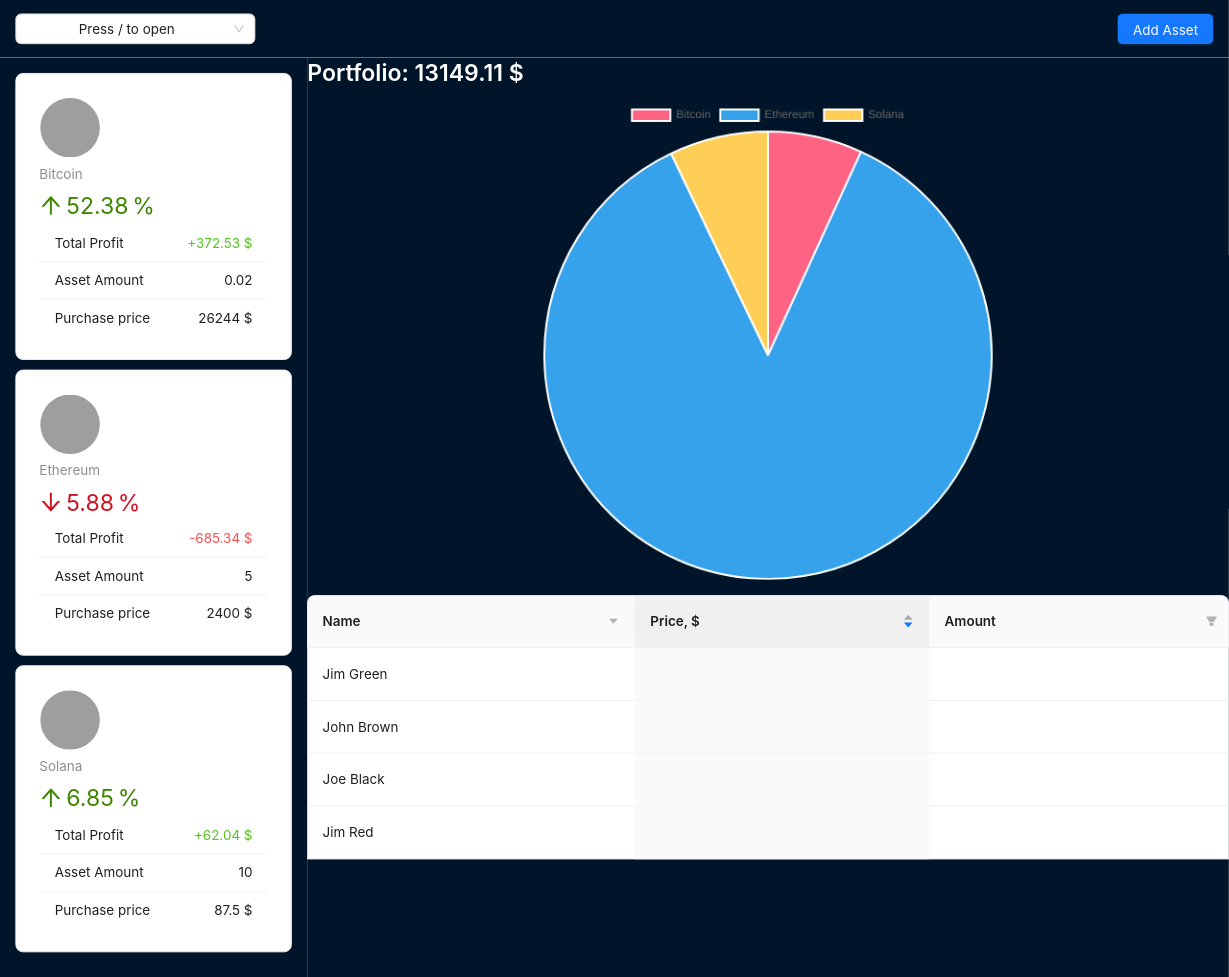
Repository: Vadia23/React-Crypto-App
Page: /
An editor plug-in stored every save of this project. The page is shown before and after the next save, followed by the edit.
The browser window is 1280 px wide. The pictures show the whole page, at 96% of full size.
Pictures or frames that could not be fetched are drawn as grey boxes. The project was rebuilt for these pictures with package versions that can differ from the ones it lists, and the page was loaded fresh each time. Also part of the build but not shown: vite.config.js, src/components/CoinInfo.jsx, src/components/CoinInfoModal.jsx, src/components/AddAssetForm.jsx, src/components/layout/AppConten.jsx.

Above is the page before, as saved 2024-02-28 17:43:10.

After the next save:
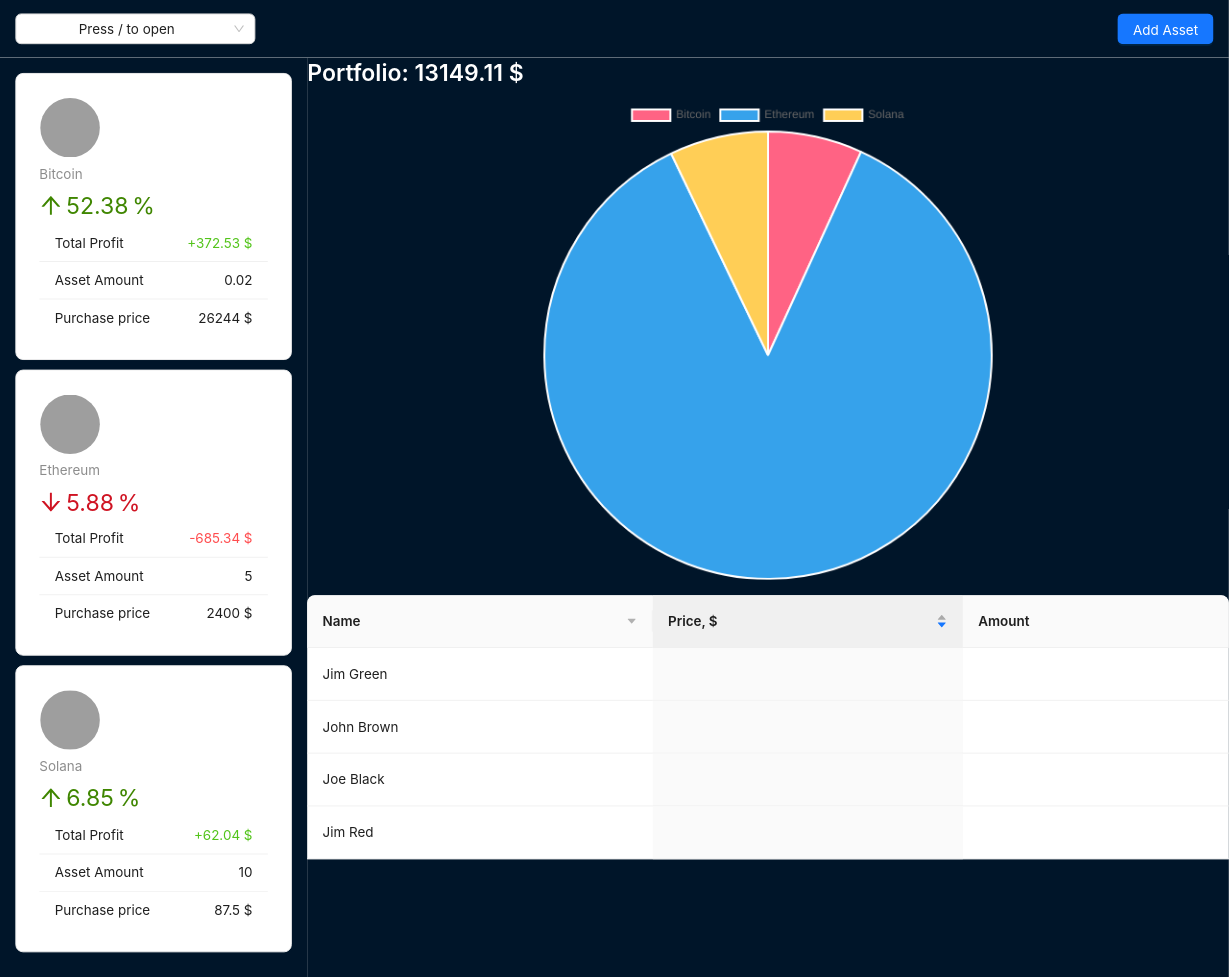
Saved 40 s later.
--- a/src/components/AssetsTable.jsx
+++ b/src/components/AssetsTable.jsx
@@ -43,17 +43,6 @@
   {
     title: "Amount",
     dataIndex: "amount",
-    filters: [
-      {
-        text: "London",
-        value: "London",
-      },
-      {
-        text: "New York",
-        value: "New York",
-      },
-    ],
-    onFilter: (value, record) => record.address.indexOf(value) === 0,
   },
 ];
 const data = [
